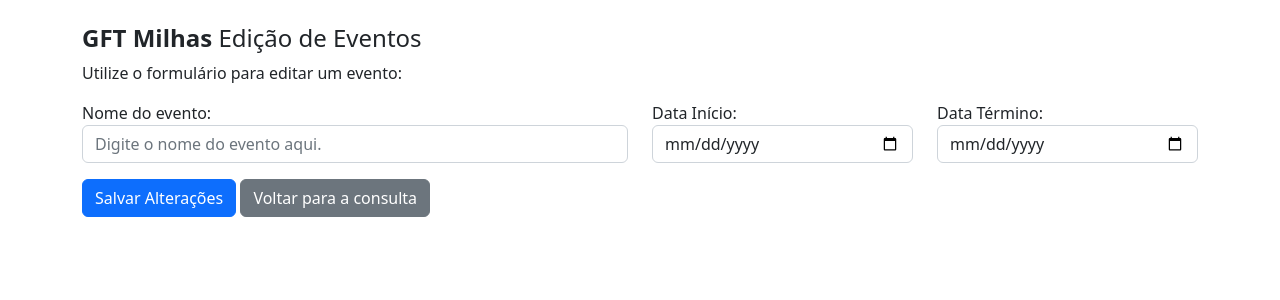
Repository: thamaraamaral/desafio_mvc1
Page: http://localhost/projeto-milhas/WEB-INF/views/eventos-edicao.jsp
An editor plug-in stored every save of this project. The page is shown before and after the next save, followed by the edit.
The browser window is 1280 px wide. The pictures show the whole page.
The page is served by Tomcat 9. Nobody is signed in. Other server files are loaded and not shown. The template is opened directly, without the code that normally fills it, so the values that code supplies are empty.

Above is the page before, as saved 2022-10-27 21:46:48.

### projeto-milhas/src/main/webapp/WEB-INF/views/eventos-edicao.jsp
<%@ page language="java" contentType="text/html; charset=UTF-8"
	pageEncoding="UTF-8"%>
<!DOCTYPE html>
<html>
<head>
<meta charset="UTF-8">
<title>Edição de Eventos</title>
<!-- CSS only -->
<link
	href="https://cdn.jsdelivr.net/npm/bootstrap@5.2.2/dist/css/bootstrap.min.css"
	rel="stylesheet">
</head>
<body>

	<div class="container mt-4">

		<div class="row mb-3">
			<div class="col-md-12">
				<h4>
					<strong>GFT Milhas</strong> Edição de Eventos
				</h4>
				Utilize o formulário para editar um evento:
			</div>
		</div>
		<form class="mb-3">
			<div class="row">
				<div class="col-md-6">
					<label>Nome do evento:</label>
					<input type="text" class="form-control" placeholder="Digite o nome do evento aqui." />
				</div>
				<div class="col-md-3">
					<label>Data Início:</label>
					<input type="date" class="form-control"/>
				</div>

				<div class="col-md-3">
					<label>Data Término:</label>
					<input type="date" class="form-control"/>
				</div>

				<div class="mb-3">
					<input type="submit" value="Salvar Alterações" class="btn btn-primary mt-3">

					<a href="/projeto-milhas/eventos-consulta" class="btn btn-secondary mt-3">Voltar para a consulta</a>
				</div>
			</div>
		</form>
	</div>
</body>
</html>

After the next save:
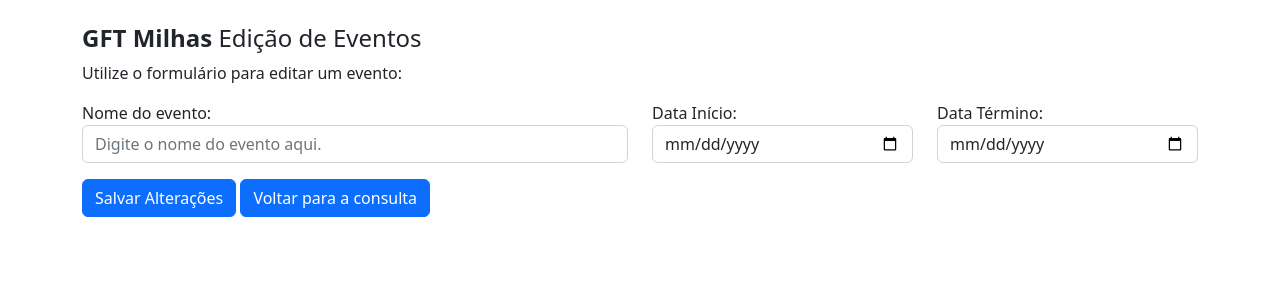
Saved 39 min 18 s later.
--- a/projeto-milhas/src/main/webapp/WEB-INF/views/eventos-edicao.jsp
+++ b/projeto-milhas/src/main/webapp/WEB-INF/views/eventos-edicao.jsp
@@ -41,7 +41,7 @@
 				<div class="mb-3">
 					<input type="submit" value="Salvar Alterações" class="btn btn-primary mt-3">
 
-					<a href="/projeto-milhas/eventos-consulta" class="btn btn-secondary mt-3">Voltar para a consulta</a>
+					<a href="/projeto-milhas/eventos-consulta" class="btn btn-primary mt-3">Voltar para a consulta</a>
 				</div>
 			</div>
 		</form>
